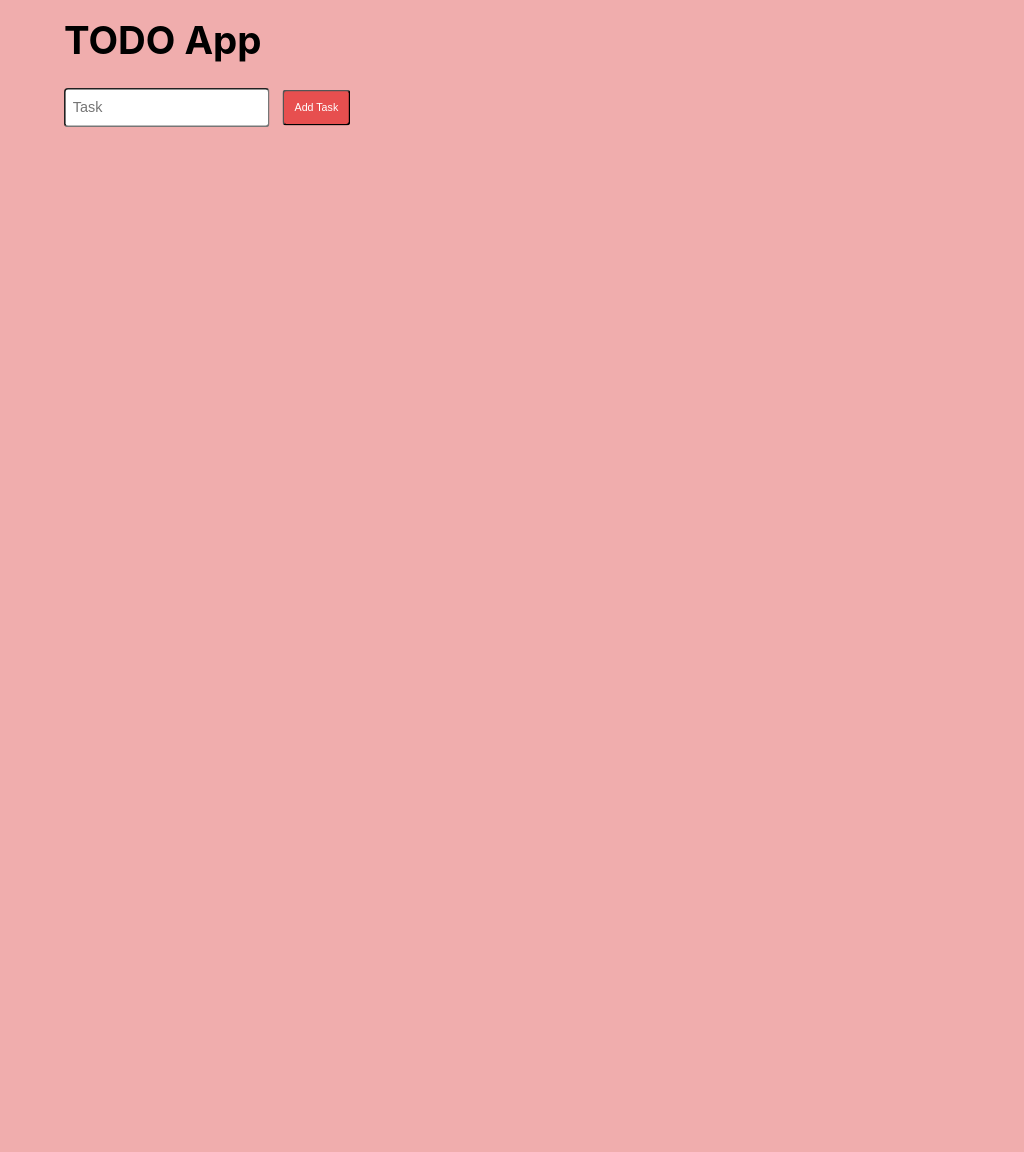
Repository: BhanuKaukuntla/TodoApp
Page: /
The author's editor kept a copy of each file at every save. The page is drawn from the files as they stood at one save, then again after the next save.
The browser window is 1280 px wide. The pictures show the whole page, at 80% of full size.
The project was rebuilt for these pictures with package versions that can differ from the ones it lists, and the page was loaded fresh each time. Also part of the build but not shown: src/components/TodoItem/TodoItem.js.

Above is the page before, as saved 2021-12-04 10:04:34.

### src/index.js
import React from "react";
import ReactDOM from "react-dom";
import "./index.css";
import App from "./App";
import { Provider } from "react-redux";
import store from "./store";
import { PersistGate } from "redux-persist/integration/react";
import { persistor } from "./store";

ReactDOM.render(
  <React.StrictMode>
    <Provider store={store}>
      <PersistGate persistor={persistor}>
        <App />
      </PersistGate>
    </Provider>
  </React.StrictMode>,
  document.getElementById("root")
);

### src/index.css
*{
  margin: 0;
  padding: 0;
  /* font-family: "montserrat",sans-serif; */
  /* box-sizing: border-box; */
}

body {
  margin: 0;
  font-family: -apple-system, BlinkMacSystemFont, "Segoe UI", "Roboto", "Oxygen",
    "Ubuntu", "Cantarell", "Fira Sans", "Droid Sans", "Helvetica Neue",
    sans-serif;
  -webkit-font-smoothing: antialiased;
  -moz-osx-font-smoothing: grayscale;
}

/* code {
  font-family: source-code-pro, Menlo, Monaco, Consolas, "Courier New",
    monospace;
} */
.App {
  /* text-align: center; */
  height: 200vh;
  /* max-height: 100%; */
  /* background-color: #e77a7a; */
  /* background-color: #df8b8b; */
  background-color: #f0adad;
  margin-top: 0%;
  /* position: fixed; */
  width: 100%;
}

.title{
  padding-top: 20px;
  margin-left: 5rem;
  font-size: xxx-large;
}

.todoInput{
  margin-top: 1rem;
  margin-left: 5rem;
  font-size: x-large;
  margin-bottom: 1rem;
  /* width: 5rem; */
}

.form{
  border-radius: 10px;
  font-size: large;
  padding: 15px;
  /* width: 9rem; */
  padding-left: 0;
}

.input{
  border-radius: 5px;
  font-size: large;
  padding: 9px;
  width: 14.7rem;
  height: 1.7rem;
}

.inputButton{
  margin-left: 1rem;
  padding: 13px;
  border-radius: 5px;
  color: white;
  /* background-color: #df6a6a; */
  background-color: #e74f4f;
  position: relative;
  bottom: 1.5px;
}

.todoList{
  /* align-items: center; */
  justify-content: space-between;
  display: flex;
  flex-direction: column;
  margin-bottom: 3rem;
}

.todoItem{
  /* padding: 5px;
  background-color: white;
  opacity: 0.8; */
  margin-right: 2rem;
  margin-left: 5rem;
  font-size: x-large;
  display: flex;
  align-items: center;
  justify-content: space-between;
  /* max-width: 20rem; */
  background-color: #ffffff;
  opacity: 0.5;
  margin-top: 1rem;
  border-radius: 5px;
  max-height: 3.4rem;
  /* max-width: 22.5rem; */
  padding: 2px;
  width: 21rem;
  height: 2.9rem;
  color: rgb(0, 0, 0);
  padding-left: 20px;
  font-weight: bold;
}

.editButton{
  /* margin-left: 1rem; */
  /* margin-right: 1px; */
  /* display: none; */
  /* border-radius: 1px; */
  display: inline-block;
  margin-left: auto;
  margin-right: 1rem;
  background-color: white;

}

.editTodo{
  /* align-items: center;
  margin-left: 1rem;
  margin-bottom: 0.5rem;
  margin-right: .5rem;
  padding: 3px; */
  padding: 9px;
  margin-left: 4rem;
  margin-right: auto;
}

.formItem{
  width: 10rem;
  padding: 11px;
  background-color: #fcd7d7;
}

.deleteButton{
  /* margin-left: 1rem; */
  margin-right: 8px;
  /* border-radius: 1px; */
  /* background-color: white;
  color: black; */
}

.icons{
  /* display: flex; */
  /* margin-left: 1rem; */
  /* justify-content: space-between; */
  display: flex-end;
}

### src/App.js
import AddTodo from "./components/AddTodo/AddTodo";
import TodoList from "./components/TodoList/TodoList";
import { useSelector } from "react-redux";
function App() {
  const taskobj = useSelector((state) => state.todos.data);
  return (
    <div className='App'>
      <h1 className="title">TODO App</h1>
      <AddTodo />
      <TodoList />
    </div>
  );
}

export default App;

### src/store.js
import { createStore } from "redux";
import rootReducer from "./reducers";
import { persistStore, persistReducer } from "redux-persist";
import storage from "redux-persist/lib/storage";

const persistConfig = {
  key: "root",
  storage,
};

const persistedReducer = persistReducer(persistConfig, rootReducer);

const store = createStore(
  persistedReducer,
  window.__REDUX_DEVTOOLS_EXTENSION__ && window.__REDUX_DEVTOOLS_EXTENSION__()
);

export const persistor = persistStore(store);

export default store;

### src/components/AddTodo/AddTodo.js
import React, { useState } from "react";
import { useDispatch } from "react-redux";
import { addTodo } from "../../actions";
import cuid from "cuid";

const AddTodo = () => {
  const [tasks, setTasks] = useState("");
  const dispatch = useDispatch();
  function handleInputChange(e) {
    setTasks(e.target.value);
    console.log(tasks);
  }
  function handleFormSubmit(e) {
    e.preventDefault();
    dispatch(addTodo({ task: tasks, id: cuid() }));
    e.target.userInput.value = "";
    console.log(tasks);
  }
  return (
    <div className="todoInput">
      <form className="form" onSubmit={handleFormSubmit}>
      <input
        className="input"
        placeholder="Task"
        type='text'
        name='userInput'
        onChange={(e) => handleInputChange(e)}
      />
      <button className="inputButton" type='submit'>Add Task</button>
     </form>
    </div>
  );
};

export default AddTodo;

### src/components/TodoList/TodoList.js
import React from "react";
import TodoItem from "../TodoItem/TodoItem";
import { useSelector } from "react-redux";

const TodoList = () => {
  const taskobj = useSelector((state) => state.todos.data);
  const taskItems = taskobj.map((task) => {
    return <TodoItem task={task} key={task.id} />;
  });

  return(
     <div className="todoList">
        {taskItems}
    </div>
    )
};

export default TodoList;

### src/reducers/index.js
import { combineReducers } from "redux";
import todos from "./todos";

const rootReducer = combineReducers({
  todos,
});
export default rootReducer;

### src/actions/index.js
import { ADD_TODO, DELETE_TODO, UPDATE_TODO } from "./types";

export const addTodo = (message) => ({
  type: ADD_TODO,
  message,
});

export const deleteTodo = (id) => ({
  type: DELETE_TODO,
  id,
});

export const updateTodo = ({ message, id }) => ({
  type: UPDATE_TODO,
  message,
  id,
});

### src/reducers/todos.js
const initialState = {
  data: [],
};

const todos = (state = initialState, action) => {
  switch (action.type) {
    case "ADD_TODO":
      return {
        ...state,
        data: [...state.data, action.message],
      };
    case "DELETE_TODO":
      return {
        ...state,
        data: [...state.data.filter((todo) => todo.id !== action.id)],
      };
    case "UPDATE_TODO":
      return {
        ...state,
        data: [
          ...state.data.filter((todo) => todo.id !== action.id),
          { task: action.message, id: action.id },
        ],
      };
    default:
      return state;
  }
};

export default todos;

### src/actions/types.js
export const ADD_TODO = "ADD_TODO";
export const DELETE_TODO = "DELETE_TODO";
export const UPDATE_TODO = "UPDATE_TODO";

Loaded but not shown: public/index.html (common file)

After the next save:
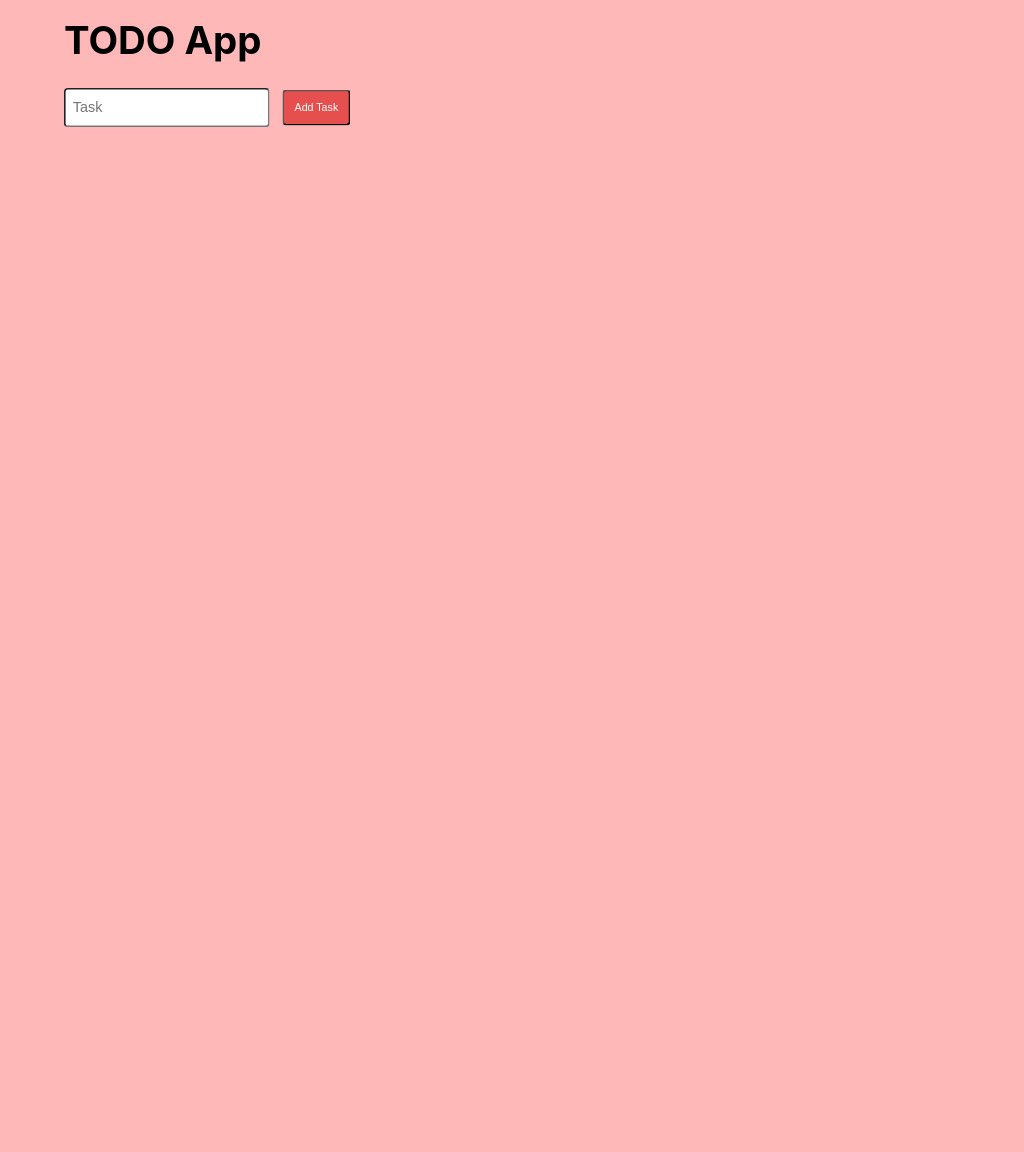
Saved 12 s later.
--- a/src/index.css
+++ b/src/index.css
@@ -24,7 +24,7 @@ body {
   /* max-height: 100%; */
   /* background-color: #e77a7a; */
   /* background-color: #df8b8b; */
-  background-color: #f0adad;
+  background-color: #ffb8b8;
   margin-top: 0%;
   /* position: fixed; */
   width: 100%;
